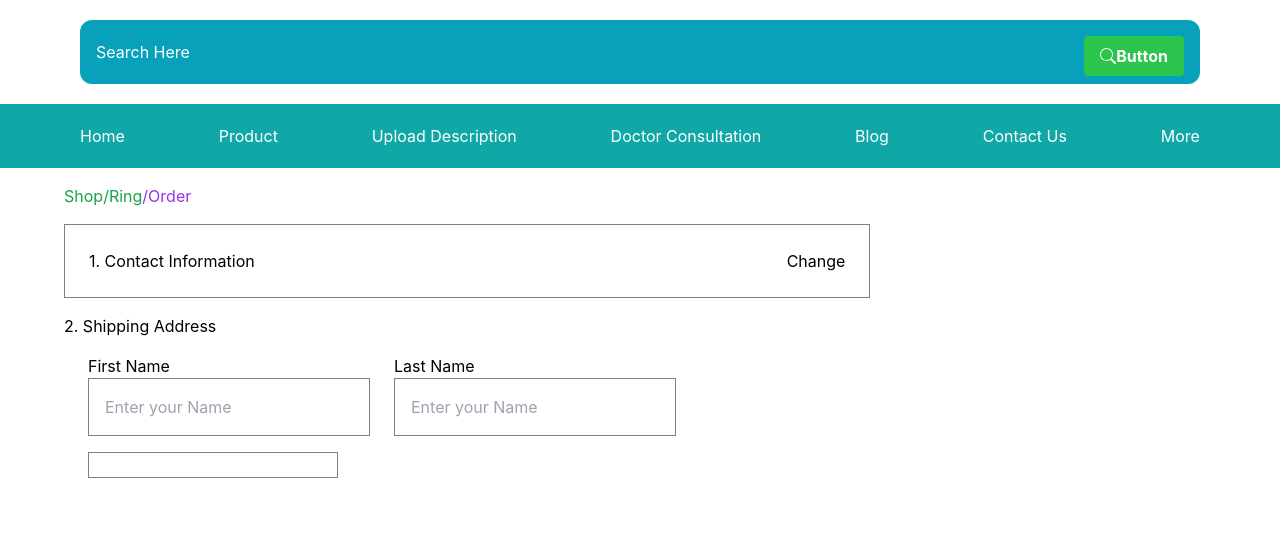
Repository: arafatmollah/form-pharma
Page: /
The author's editor kept a copy of each file at every save. The page is drawn from the files as they stood at one save, then again after a run of saves.
The browser window is 1280 px wide. The pictures show the whole page.
The project was rebuilt for these pictures with package versions that can differ from the ones it lists, and the page was loaded fresh each time.

Above is the page before, as saved 2023-03-14 23:52:42.

### src/index.js


import React from 'react';
import ReactDOM from 'react-dom/client';
import './index.css';
import App from './App';
import reportWebVitals from './reportWebVitals';

const root = ReactDOM.createRoot(document.getElementById('root'));
root.render(
  <React.StrictMode>
    <App />
  </React.StrictMode>
);

// If you want to start measuring performance in your app, pass a function
// to log results (for example: reportWebVitals(console.log))
// or send to an analytics endpoint. Learn more: https://bit.ly/CRA-vitals
reportWebVitals();

### src/App.js

import './App.css';
import Nav from './Nav';
import Form from './Form';

function App() {
  return (
    <div className="App">
     <Nav></Nav>
     <Form></Form>
    </div>
  );
}

export default App;

### src/App.css
.box-border{
  background-color: #08A1BC;
}
.btn {
  @apply font-bold py-2 px-4 rounded;
  background-color: #2BC44C;
  color: white;
}
.btn-blue {
  @apply bg-blue-500 text-white;
}
.btn-blue:hover {
  @apply bg-blue-700;
}
.nav{
  background-color: #0FA8A6;
}
.info{
  width: 70%;
  border: 1px solid gray;
}
.input{
  border: 1px solid gray;
}

### src/Nav.js
import React from 'react'
import './App.css';
import { BsSearch } from 'react-icons/bs';

function Nav() {
  return (
    <div>
        <div className='box-border h-16 w-100 p-4 mx-20 my-5 rounded-xl'>
          <div className='flex justify-between align-middle'>
                <p className='text-white mt-1'>Search Here</p>
                <button className="btn mb-1 py-2 flex items-center justify-between"><BsSearch></BsSearch> Button</button>
          </div>
        </div>
        <div className='box-border h-16 w-100 nav'>
            <div className='flex mx-20 items-center justify-between text-white'>
            <div className='mt-5'>Home</div>
            <div className='mt-5'> Product</div>
            <div className='mt-5'>Upload Description</div>
            <div className='mt-5'>Doctor Consultation</div>
            <div className='mt-5'>Blog</div>
            <div className='mt-5'>Contact Us</div>
            <div className='mt-5'>More</div>
            </div>
        </div>
    </div>
  )
}

export default Nav

### src/Form.js
import React from 'react'

function form() {
  return (
    <div>
        <div className='mx-16'>
            <div className='flex my-4'>
                <p className='text-green-600'>Shop</p>
                <p className='text-green-600'> /Ring</p>
                <p className='text-purple-600'>/Order</p>
            </div>
            <div>
            <div className='info p-6 flex justify-between'>
              <p>1. Contact Information</p>
              <p>Change </p>
            </div>
            <div className='my-4'>
              <p>2. Shipping Address</p>
              <form className='my-4'>
               <div className='flex'>
               <div className='mx-6'>
                <label>First Name</label> <br></br>
                <input className='input p-4' type='text' placeholder="Enter your Name"></input>
                </div>
                <div>
                <label>Last Name</label> <br></br>
                <input className='input p-4' type='text' placeholder="Enter your Name"></input>
                </div>
               </div>
               <div className='my-4 mx-6'>
                <input className='w-100 input' type='text'></input>
               </div>
              </form>
            </div>
            </div>
        </div>
    </div>
  )
}

export default form

Loaded but not shown: public/index.html (common file); src/index.css (common file); src/reportWebVitals.js (common file); tailwind.config.js (common file)

After the next 4 saves:
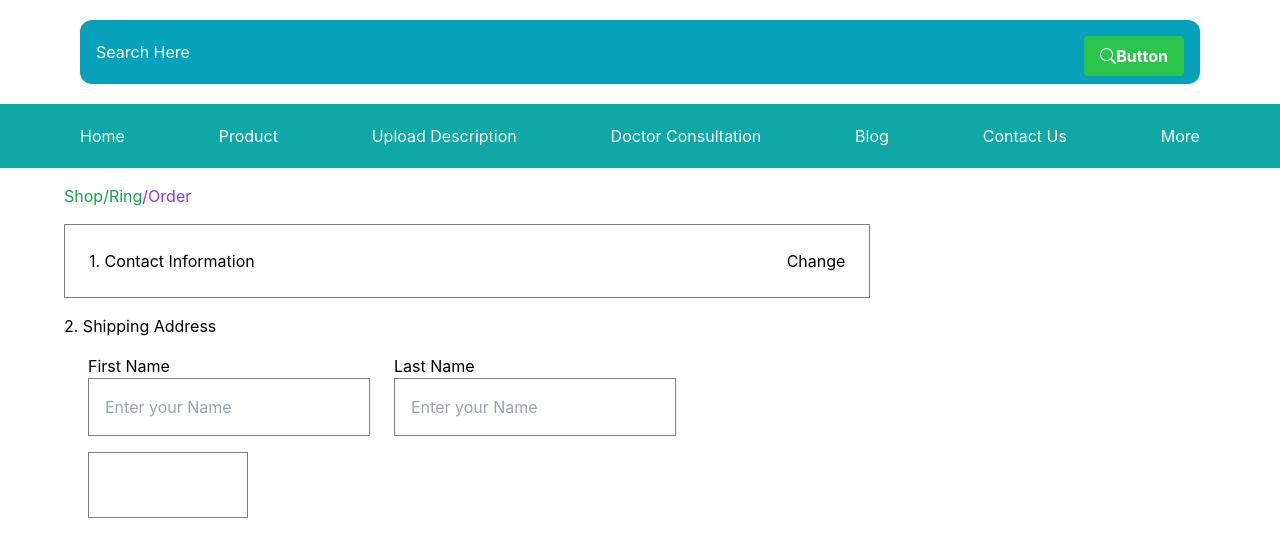
The 4 saves are shown as one change because they came seconds apart.
The last was saved 15 s later.
--- a/src/Form.js
+++ b/src/Form.js
@@ -28,7 +28,7 @@ function form() {
                 </div>
                </div>
                <div className='my-4 mx-6'>
-                <input className='w-100 input' type='text'></input>
+                <input className='w-40 input p-5' type='text'></input>
                </div>
               </form>
             </div>
